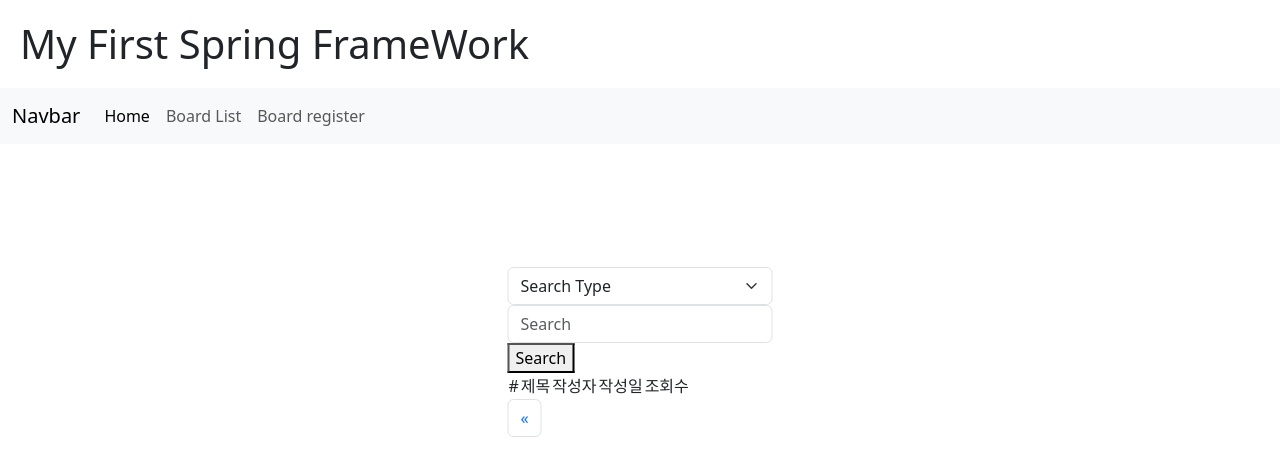
Repository: Leesunghoon1/springh
Page: http://localhost/springProject/WEB-INF/views/board/list.jsp
These files come from the project's save history. The page is drawn as it stood at one moment and after the next save; the edit follows.
The browser window is 1280 px wide. The pictures show the whole page.
The page is served by Tomcat 9. Nobody is signed in. Other server files are loaded and not shown. The template is opened directly, without the code that normally fills it, so the values that code supplies are empty.

Above is the page before, as saved 2023-11-02 10:20:05.

### springProject/src/main/webapp/WEB-INF/views/board/list.jsp
<%@ page language="java" contentType="text/html; charset=UTF-8"
	pageEncoding="UTF-8"%>
<%@ taglib uri="http://java.sun.com/jsp/jstl/core" prefix="c"%>
<!DOCTYPE html>
<html>
<head>
<meta charset="UTF-8">
<title>Insert title here</title>
</head>
<body>
	<jsp:include page="../common/header.jsp" />
	<jsp:include page="../common/nav.jsp" />



	<div class="position-absolute top-50 start-50 translate-middle">
		<form action="/board/list">
			<div class="search-box">
				<!-- 검색영역 -->
				<div>
					<c:set value="${ph.pgvo.type }" var="typed" />
					<select class="form-select" aria-label="Default select example"
						name="type">
						<option ${empty typed ? 'selected' : ''}>Search Type</option>
						<option value="t" ${typed eq 't' ? 'selected' : ''}>Title</option>
						<option value="w" ${typed eq 'w' ? 'selected' : ''}>Writer</option>
						<option value="c" ${typed eq 'c' ? 'selected' : ''}>Content</option>
						<option value="tw" ${typed eq 'tw' ? 'selected' : ''}>Title+Writer</option>
						<option value="tc" ${typed eq 'tc' ? 'selected' : ''}>Title+Content</option>
						<option value="cw" ${typed eq 'cw' ? 'selected' : ''}>Content+Writer</option>
						<option value="twc" ${typed eq 'twc' ? 'selected' : ''}>All</option>
					</select>
				</div>
				<div>
					<input name="keyword" value="${ph.pgvo.keyword}"
						class="form-control me-2" type="search" placeholder="Search"
						aria-label="Search"> <input type="hidden" name="pageNo"
						value="1">
					<!-- type 검색시 첫 페이지 화면으로 띄우기 -->
					<input type="hidden" name="qty" value="${ph.pgvo.qty}">
				</div>
				<div>
					<button	type="submit">
						Search <span
							class="position-absolute top-0 start-100 translate-middle badge rounded-pill text-bg-Light">
							${ph.totalCount} <span class="visually-hidden">unread
								messages</span>
						</span>
					</button>
				</div>
			</div>
		</form>

		<table>
		<tr>
			<td>#</td>
			<td>제목</td>
			<td>작성자</td>
			<td>작성일</td>
			<td>조회수</td>
		</tr>

		<c:forEach items="${list }" var="bvo">
			<tr>
				<td>${bvo.bno }</td>
				<td><a href="/board/detail?bno=${bvo.bno }">${bvo.title }</a></td>
				<td>${bvo.writer }</td>
				<td>${bvo.modAt }</td>
				<td>${bvo.readCount }</td>

			</tr>
		</c:forEach>
	</tablE>
		<div>
		<nav aria-label="Page navigation example">
		<ul class="pagination">
		<!-- prev -->
		<li class="page-item ${(ph.prev eq false) ? 'disabled' : ''}" >
				      <a class="page-link" href="/board/list?pageNo=${ph.startPage - 1}&qty=${ph.pageQty}&type=${ph.pgvo.type}&keyword=${ph.pgvo.keyword}" aria-label="Previous">
				        <span aria-hidden="true">&laquo;</span>
				      </a>
				    </li>



		</li>
		</ul>


		</nav>

		</div>



	</div>









































	<jsp:include page="../common/footer.jsp" />
</body>
</html>

### springProject/src/main/webapp/WEB-INF/views/common/header.jsp
<%@ page language="java" contentType="text/html; charset=UTF-8"
    pageEncoding="UTF-8"%>
    <%@ taglib uri="http://java.sun.com/jsp/jstl/core" prefix="c"%>
<!DOCTYPE html>
<html>
<head>
<meta charset="UTF-8">
<title>Insert title here</title>
<link href="https://cdn.jsdelivr.net/npm/bootstrap@5.3.1/dist/css/bootstrap.min.css" rel="stylesheet" integrity="sha384-4bw+/aepP/YC94hEpVNVgiZdgIC5+VKNBQNGCHeKRQN+PtmoHDEXuppvnDJzQIu9" crossorigin="anonymous">
<script src="https://cdn.jsdelivr.net/npm/bootstrap@5.3.1/dist/js/bootstrap.bundle.min.js" integrity="sha384-HwwvtgBNo3bZJJLYd8oVXjrBZt8cqVSpeBNS5n7C8IVInixGAoxmnlMuBnhbgrkm" crossorigin="anonymous"></script>
<style type="text/css">

h1, p {
	margin: 20px
}

</style>
</head>
<body>
<h1>My First Spring FrameWork</h1>
</body>
</html>

### springProject/src/main/webapp/WEB-INF/views/common/nav.jsp
<%@ page language="java" contentType="text/html; charset=UTF-8"
    pageEncoding="UTF-8"%>
    <%@ taglib uri="http://java.sun.com/jsp/jstl/core" prefix="c"%>
<!DOCTYPE html>
<html>
<head>
<meta charset="UTF-8">
<title>Insert title here</title>
</head>
<body>
<header>

<nav class="navbar navbar-expand-lg bg-body-tertiary">
  <div class="container-fluid">
    <a class="navbar-brand" href="#">Navbar</a>

    <button class="navbar-toggler" type="button" data-bs-toggle="collapse" data-bs-target="#navbarSupportedContent" aria-controls="navbarSupportedContent" aria-expanded="false" aria-label="Toggle navigation">
      <span class="navbar-toggler-icon"></span>
    </button>

    <div class="collapse navbar-collapse" id="navbarSupportedContent">
      <ul class="navbar-nav me-auto mb-2 mb-lg-0">

        <li class="nav-item">
          <a class="nav-link active" aria-current="page" href="/">Home</a>
        </li>

        <li class="nav-item">
          <a class="nav-link" href="/board/list">Board List</a>
        </li>

        <li class="nav-item">
          <a class="nav-link" href="/board/register">Board register</a>
        </li>
    </ul>
    </div>
  </div>
</nav>



</header>
</body>
</html>

Loaded but not shown: springProject/src/main/webapp/WEB-INF/views/common/footer.jsp (common file)

After the next save:
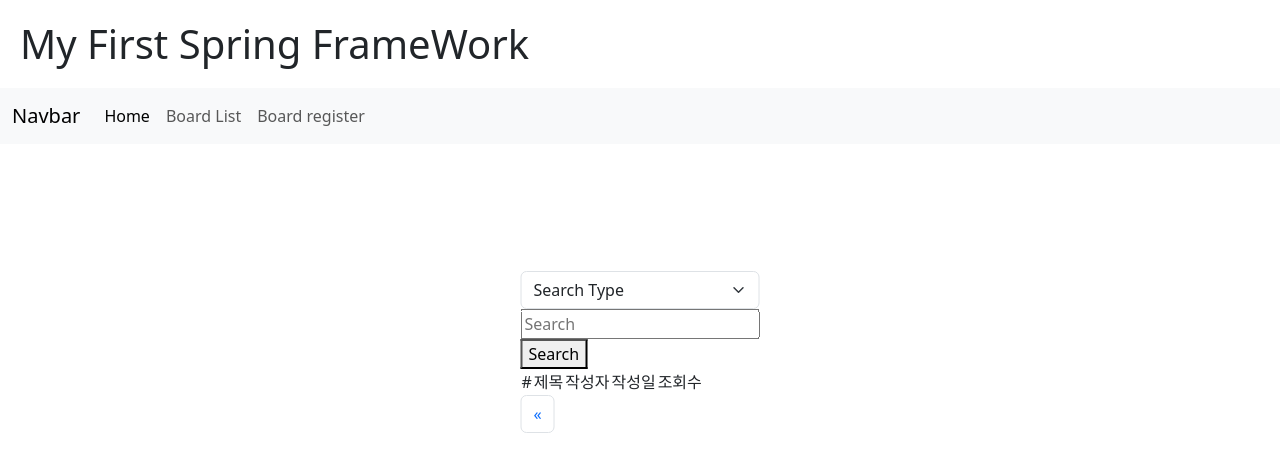
Saved 4 s later.
--- a/springProject/src/main/webapp/WEB-INF/views/board/list.jsp
+++ b/springProject/src/main/webapp/WEB-INF/views/board/list.jsp
@@ -33,7 +33,7 @@
 				</div>
 				<div>
 					<input name="keyword" value="${ph.pgvo.keyword}"
-						class="form-control me-2" type="search" placeholder="Search"
+						 type="search" placeholder="Search"
 						aria-label="Search"> <input type="hidden" name="pageNo"
 						value="1">
 					<!-- type 검색시 첫 페이지 화면으로 띄우기 -->
